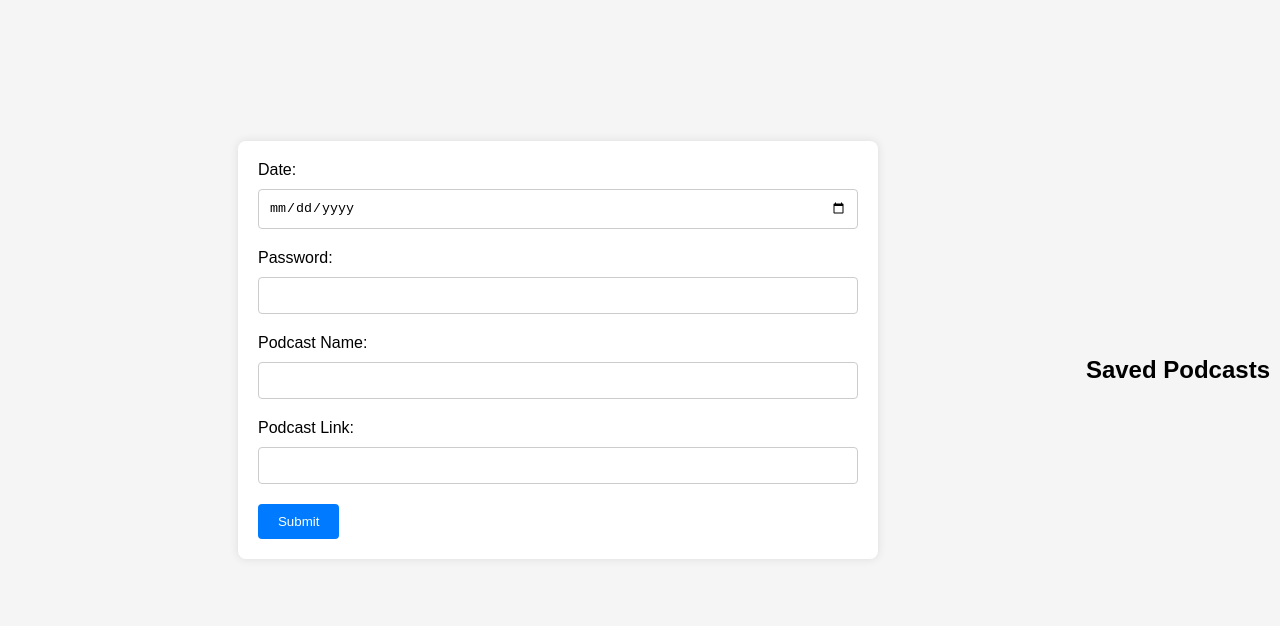
Repository: fechinmitchell/thedailyonepercent
Page: form.html
The author's editor kept a copy of each file at every save. The page is drawn from the files as they stood at one save, then again after the next save.
The browser window is 1280 px wide. The pictures show the whole page.

Above is the page before, as saved 2023-06-22 20:00:22.

### form.html
<!DOCTYPE html>
<html>
<head>
  <link rel="stylesheet" type="text/css" href="popup.css">
</head>
<body>
  <div id="podcast-form-wrapper">
    <form id="podcast-form">
      <label for="date">Date:</label>
      <input type="date" id="date" name="date" required>

      <label for="password">Password:</label>
      <input type="password" id="password" name="password" required>

      <label for="podcastName">Podcast Name:</label>
      <input type="text" id="podcastName" name="podcastName" required>

      <label for="podcastLink">Podcast Link:</label>
      <input type="text" id="podcastLink" name="podcastLink" required>

      <button type="button" id="submit">Submit</button>
    </form>
  </div>
  <div id="podcast-list">
    <h2>Saved Podcasts</h2>
    <ul id="podcast-list-items">
      <!-- Podcast items will be appended here -->
    </ul>
  </div>
  <script src="form.js"></script>
</body>
</html>

### popup.css
body {
  background-color: #f5f5f5;
  font-family: Arial, sans-serif;
  display: flex;
  justify-content: center;
  align-items: center;
  height: 100vh;
  margin: 0;
}

#podcast-form-wrapper {
  width: 100%;
  max-width: 600px;
  margin: 0 auto;
}

#podcast-form {
  background-color: white;
  padding: 20px;
  border-radius: 8px;
  box-shadow: 0px 0px 10px rgba(0,0,0,0.1);
  width: 100%;
  margin: 0 auto;
  margin-bottom: 20px;
}

#podcast-form label {
  display: block;
  margin-bottom: 10px;
}

#podcast-form input {
  width: 100%;
  padding: 10px;
  margin-bottom: 20px;
  border-radius: 4px;
  border: 1px solid #ccc;
  box-sizing: border-box; /* Ensures padding is included in width */
}

#podcast-form button {
  background-color: #007BFF;
  color: white;
  border: none;
  border-radius: 4px;
  padding: 10px 20px;
  cursor: pointer;
}

#podcast-form button:hover {
  background-color: #0056b3;
}

#logo {
  width: 50px; /* Adjust this to change the size of the logo */
}

#podcast-list {
  margin-top: 20px;
  padding: 10px;
}

#podcast-list-items li {
  margin-bottom: 10px;
}

.delete-btn {
  margin-left: 10px;
  color: red;
  cursor: pointer;
}

### form.js
function loadPodcasts() {
    var podcastList = document.getElementById('podcast-list-items');
    podcastList.innerHTML = '';  // clear the list

    // load all saved podcasts from local storage
    for (var i = 0; i < localStorage.length; i++) {
        var key = localStorage.key(i);
        var podcast = JSON.parse(localStorage.getItem(key));

        var li = document.createElement('li');
        li.innerText = key + ': ' + podcast.name + ' (' + podcast.link + ')';

        var deleteBtn = document.createElement('span');
        deleteBtn.className = 'delete-btn';
        deleteBtn.innerHTML = '&#10006;'; // X symbol
        deleteBtn.addEventListener('click', deletePodcast.bind(null, key));

        li.appendChild(deleteBtn);
        podcastList.appendChild(li);
    }
}

function deletePodcast(key) {
    localStorage.removeItem(key);
    loadPodcasts(); // Reload the podcast list to reflect the deletion
}

document.getElementById('submit').addEventListener('click', function() {
    var password = document.getElementById('password').value;

    if (password === 'your_password_here') {
        var date = new Date(document.getElementById('date').value);
        var dateString = date.toISOString().slice(0,10); // "YYYY-MM-DD"
        var newPodcastName = document.getElementById('podcastName').value;
        var newPodcastLink = document.getElementById('podcastLink').value;

        // Use the date as the key instead of the current day of the month
        localStorage.setItem(dateString, JSON.stringify({ name: newPodcastName, link: newPodcastLink }));
        alert("Podcast info saved for " + dateString + "!");

        // Reload the podcast list to include the new podcast
        loadPodcasts();
    } else {
        alert("Invalid password!");
    }
});

// Load the saved podcasts when the page is opened
loadPodcasts();

After the next save:
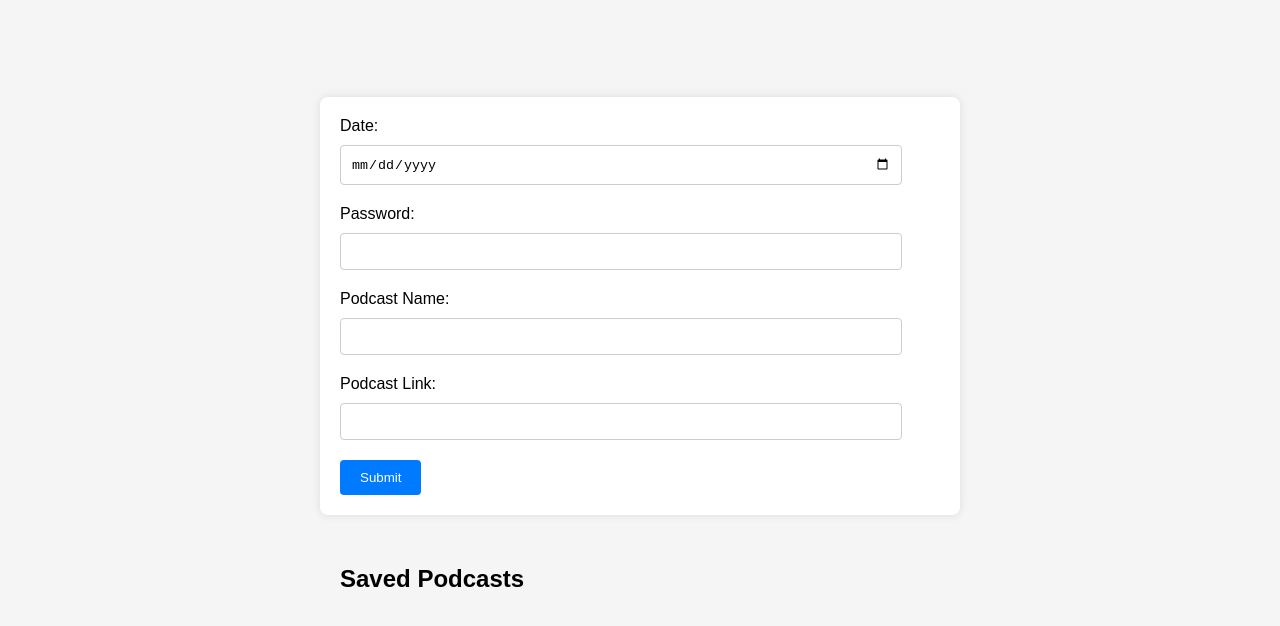
Saved 106 s later.
--- a/popup.css
+++ b/popup.css
@@ -6,22 +6,17 @@ body {
   align-items: center;
   height: 100vh;
   margin: 0;
+  flex-direction: column; /* arrange items vertically */
+  gap: 20px; /* add some space between items */
 }
 
 #podcast-form-wrapper {
-  width: 100%;
-  max-width: 600px;
-  margin: 0 auto;
-}
-
-#podcast-form {
   background-color: white;
   padding: 20px;
   border-radius: 8px;
   box-shadow: 0px 0px 10px rgba(0,0,0,0.1);
-  width: 100%;
-  margin: 0 auto;
-  margin-bottom: 20px;
+  width: 80%;
+  max-width: 600px;
 }
 
 #podcast-form label {
@@ -30,12 +25,11 @@ body {
 }
 
 #podcast-form input {
-  width: 100%;
+  width: 90%;
   padding: 10px;
   margin-bottom: 20px;
   border-radius: 4px;
   border: 1px solid #ccc;
-  box-sizing: border-box; /* Ensures padding is included in width */
 }
 
 #podcast-form button {
@@ -58,6 +52,9 @@ body {
 #podcast-list {
   margin-top: 20px;
   padding: 10px;
+  width: 80%; /* adjust this to change the width of the podcast list */
+  max-width: 600px;
+  margin: 0 auto; /* center the list */
 }
 
 #podcast-list-items li {
